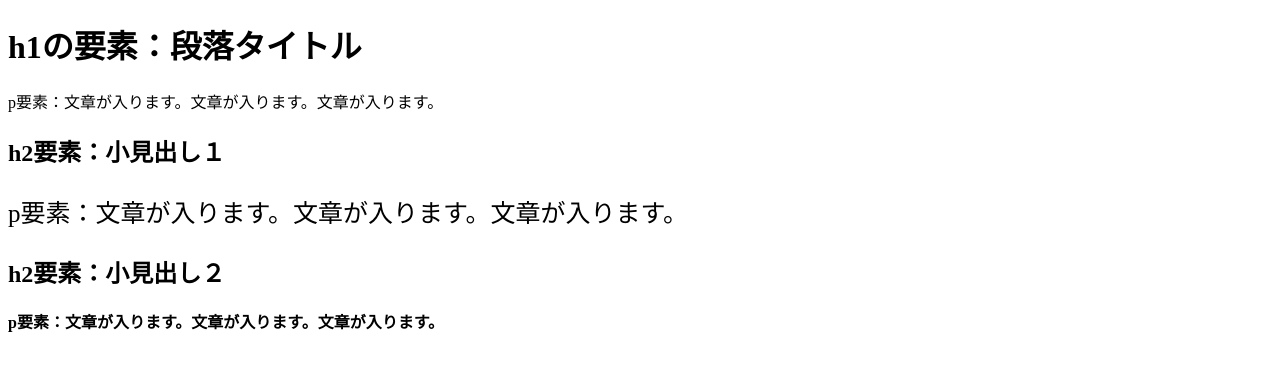
Repository: MoriTaiki1107/samurai_HTML-CSS
Page: index.html
The author's editor kept a record of every edit. The page is drawn from the files as they stood at one moment, then again after the next edit.
The browser window is 1280 px wide. The pictures show the whole page.

Above is the page before.

After the next edit:
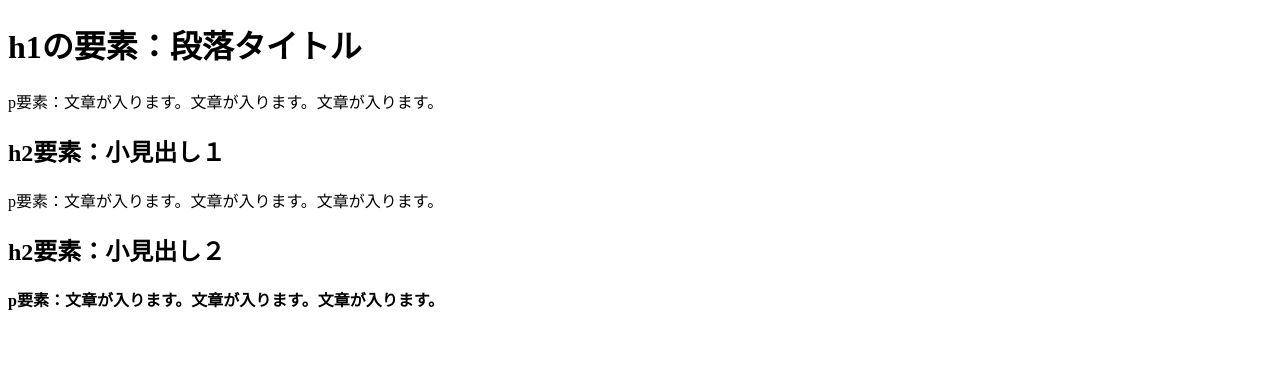
The edit:
--- a/index.html
+++ b/index.html
@@ -8,7 +8,7 @@
     <h1 class="blue">h1の要素：段落タイトル</h1>
     <p>p要素：文章が入ります。文章が入ります。文章が入ります。</p>
     <h2 class="blue">h2要素：小見出し１</h2>
-    <p style="font-size: 25px;">
+    <p style="fs-25">
     p要素：文章が入ります。文章が入ります。文章が入ります。
     </p>
     <h2 id="red">h2要素：小見出し２</h2>
